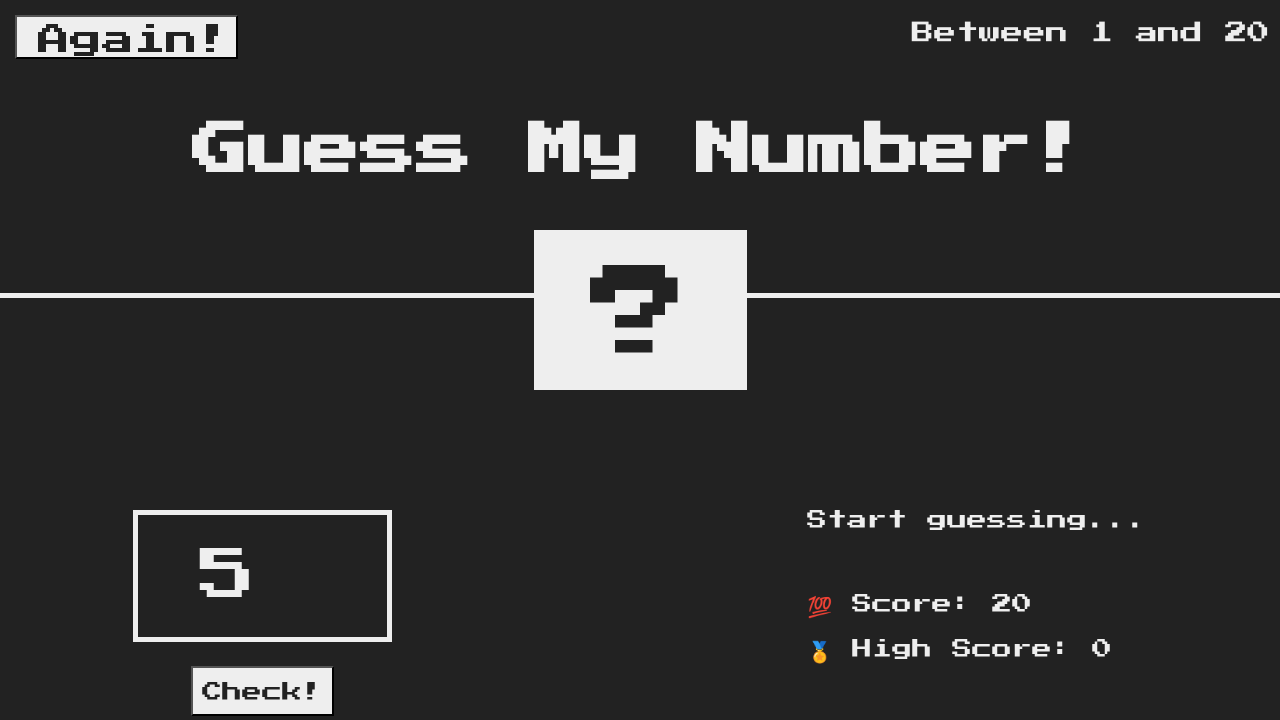
Repository: Aaryan-Poria/guess-the-number
Page: index.html
The author's editor kept a copy of each file at every save. The page is drawn from the files as they stood at one save, then again after the next save.
The browser window is 1280 px wide. The pictures show the whole page.
Empty fields were first filled with sample values (such as "Sample", 5 or name@example.com).
After loading, the first visible `button.check` was clicked once.

Above is the page before, as saved 2023-08-19 17:55:10.

After the next save:
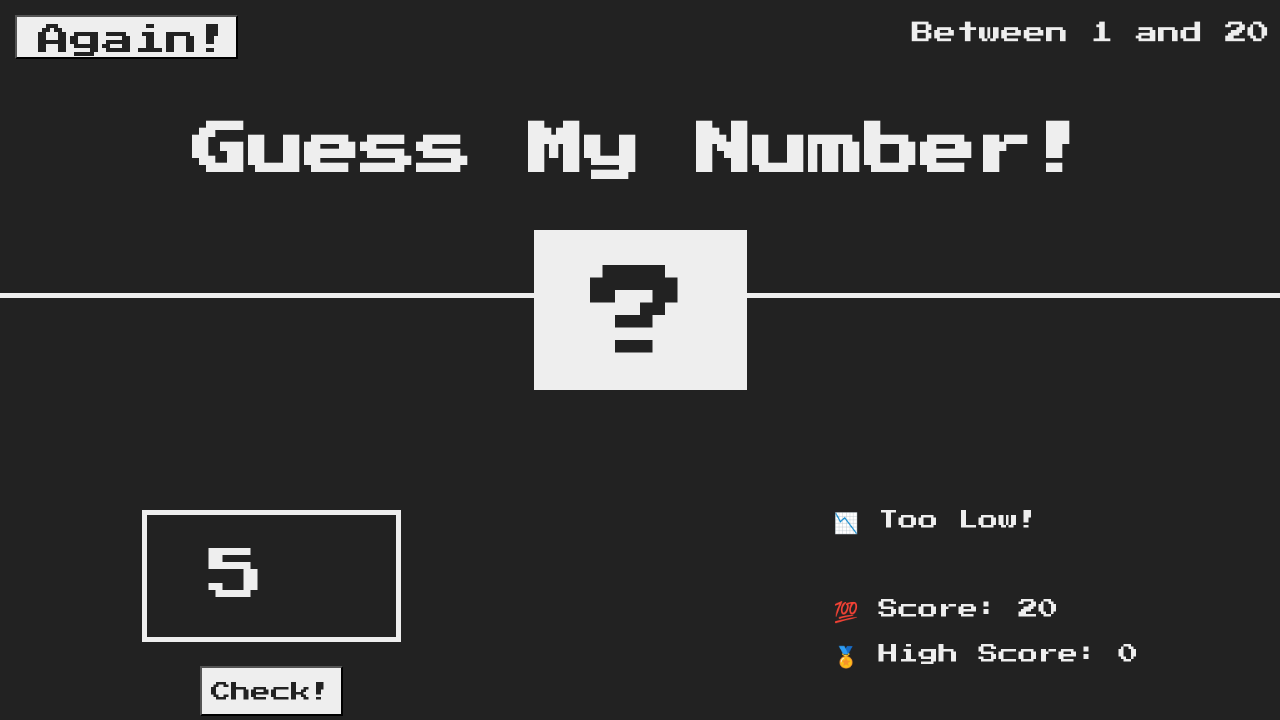
Saved 6 min 48 s later.
--- a/script.js
+++ b/script.js
@@ -19,5 +19,17 @@ document.querySelector(".check").addEventListener("click", function () {
       "🚫 No Number Guessed!";
   else if (guess === secretNumber) {
     document.querySelector(".startGuessing").textContent = "🎉 Correct Number!";
+    if (score > highscore) {
+      highscore = score;
+      document.querySelector(
+        ".highScore"
+      ).textContent = `🏅 High Score: ${highscore}`;
+    }
+  } else if (guess > secretNumber) {
+    document.querySelector(".startGuessing").textContent = "📈 Too High!";
+    score--;
+  } else {
+    document.querySelector(".startGuessing").textContent = "📉 Too Low!";
+    score--;
   }
 });
